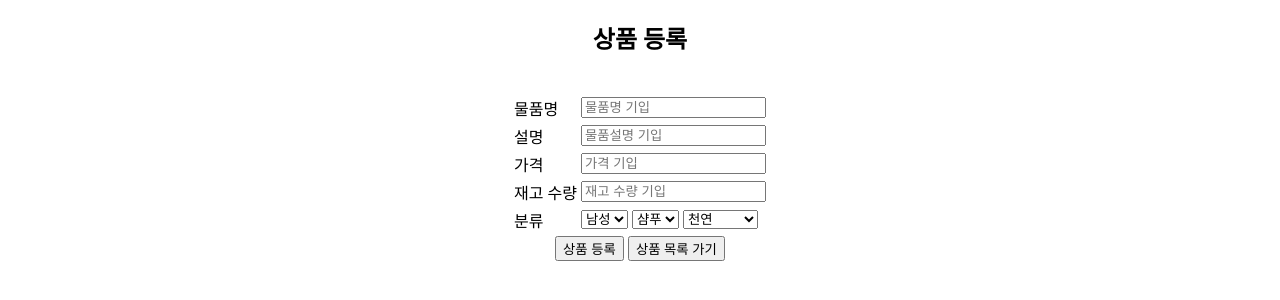
Repository: zxcvb2355/product
Page: http://localhost/product/WEB-INF/view/product/productInsertForm.jsp
An editor plug-in stored every save of this project. The page is shown before and after the next save, followed by the edit.
The browser window is 1280 px wide. The pictures show the whole page.
The page is served by Tomcat 9. Nobody is signed in. Other server files are loaded and not shown. The template is opened directly, without the code that normally fills it, so the values that code supplies are empty.

Above is the page before, as saved 2023-02-03 05:49:32.

### product/webapp/WEB-INF/view/product/productInsertForm.jsp
<%@ page language="java" contentType="text/html; charset=UTF-8"
    pageEncoding="UTF-8"%>
<!DOCTYPE html>
<html>
<head>
<meta charset="UTF-8">
<title>상품 등록</title>
</head>
<body>
<h2 style="text-align:center;">상품 등록</h2><br>
<form id="insert" name="insert">
<table align="center">
<tr>
<td>물품명</td>
<td><input type="text" id="pname" name="pname" placeholder="물품명 기입"></td>
</tr>
<tr>
<td>설명</td>
<td><input type="textarea" id="pcontent" name="pcontent" placeholder="물품설명 기입">
</td>
</tr>
<tr>
<td>가격</td>
<td><input type="text" id="ppay" name="ppay" placeholder="가격 기입"></td>
</tr>
<tr>
<td>재고 수량</td>
<td><input type="text" id="pcount" name="pcount" placeholder="재고 수량 기입"></td>
</tr>
<tr>
<td>분류</td>
<td><select id="p1">
	<option value="01" id="pcate1" selected>남성</option>
	<option value="02" id="pcate2">여성</option>
</select>
<select id="pc">
	<option value="01" id="pcate_d1" selected>샴푸</option>
	<option value="02" id="pcate_d2">로션</option>
</select>
<select id="de">
	<option value="01" id="detail_p2" selected>천연</option>
	<option value="02" id="detail_p3">모공 축소</option>
	<option value="03" id="detail_p4">향기</option>
	<option value="04" id="detail_p5">기타</option>
</select>
</td>
<input type="hidden" id="pcategory" name="pcategory" value="">
<input type="hidden" id="pcategory_detail" name="pcategory_detail" value="">
<input type="hidden" id="detail_product" name="detail_product" value="">
</tr>
<tr>
<td colspan="2" style="text-align:center;"><input type="button" id="insertBtn" value="상품 등록">
<input type="button" id="selectBtn" value="상품 목록 가기">
</td>
</tr>
</table>

</form>
</body>
</html>

After the next save:
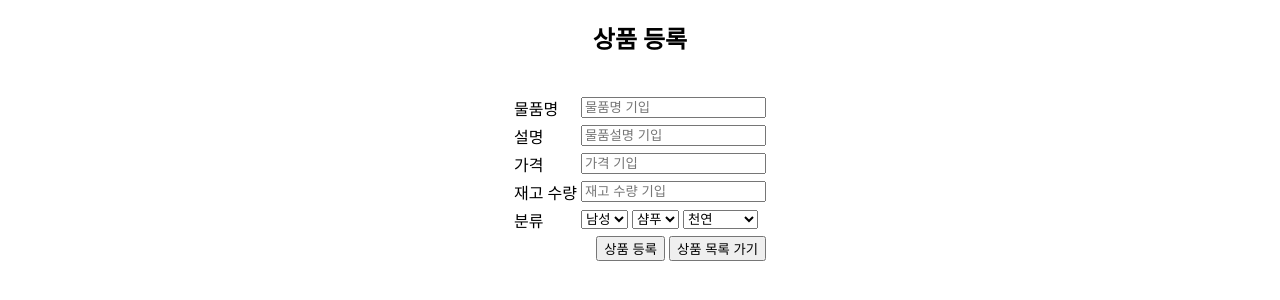
Saved 20 s later.
--- a/product/webapp/WEB-INF/view/product/productInsertForm.jsp
+++ b/product/webapp/WEB-INF/view/product/productInsertForm.jsp
@@ -49,7 +49,7 @@
 <input type="hidden" id="detail_product" name="detail_product" value="">
 </tr>
 <tr>
-<td colspan="2" style="text-align:center;"><input type="button" id="insertBtn" value="상품 등록">
+<td colspan="2" style="text-align:right;"><input type="button" id="insertBtn" value="상품 등록">
 <input type="button" id="selectBtn" value="상품 목록 가기">
 </td>
 </tr>
